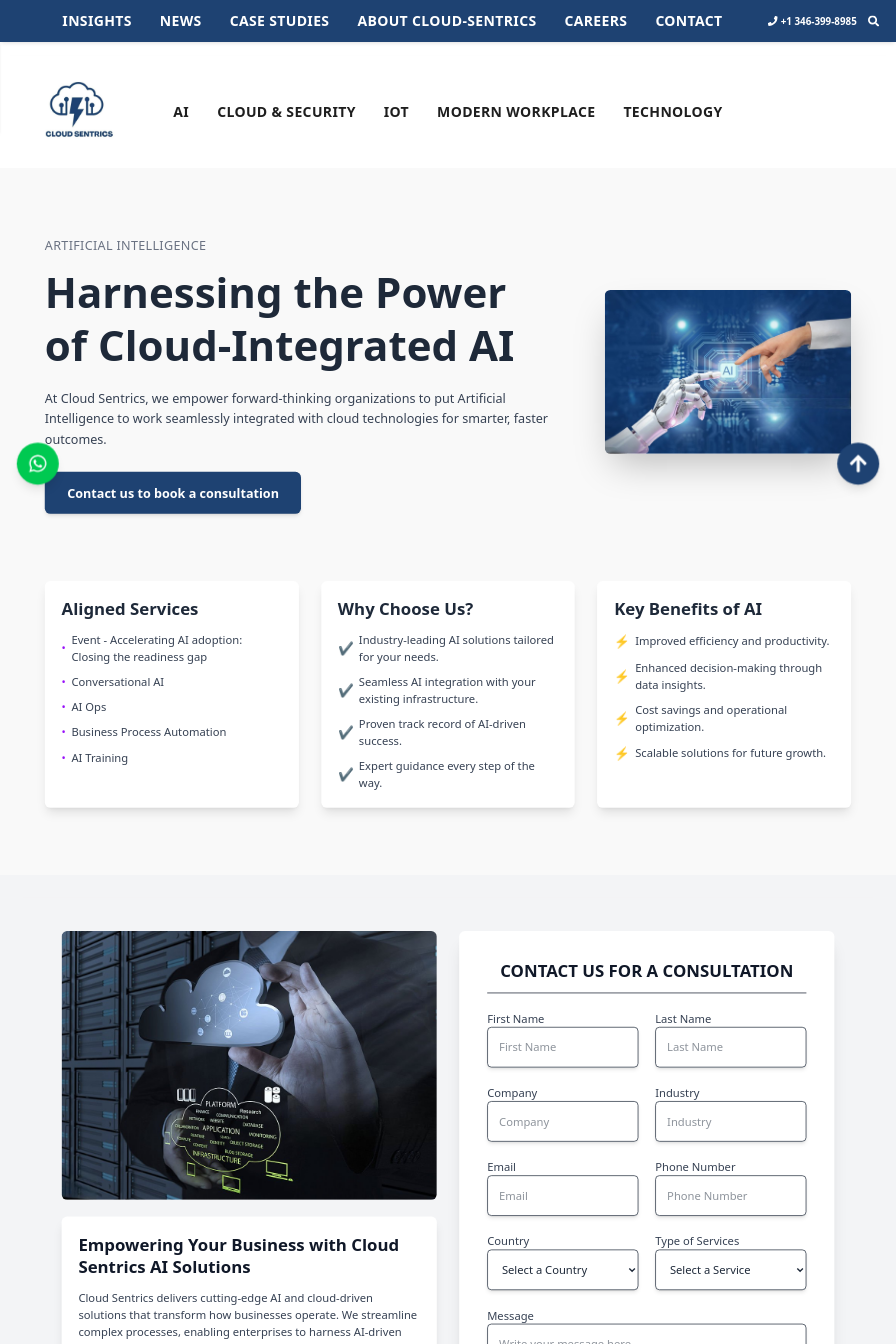
Repository: chykesure/cloudsentrics_
Page: /ai
The author's editor kept a copy of each file at every save. The page is drawn from the files as they stood at one save, then again after the next save.
The browser window is 1280 px wide. The pictures show the part of the page from y = 0 to 1920 px (the page is 3587 px tall before and 3810 px after), at 70% of full size.
The page's requests for data from a server got no answer. The project was rebuilt for these pictures with package versions that can differ from the ones it lists, and the page was loaded fresh each time. No one was signed in, and anything a server would have sent is missing. Also part of the build but not shown: vite.config.js, src/pages/Header.jsx, src/pages/Footer.jsx, src/pages/students/Reviews.jsx, src/pages/students/Testimony.jsx, src/pages/students/TestimonyLanding.jsx, src/pages/LandingPage.jsx, src/pages/students/Header.jsx and 41 more.

Above is the page before, as saved 2025-04-09 20:09:27.

After the next save:
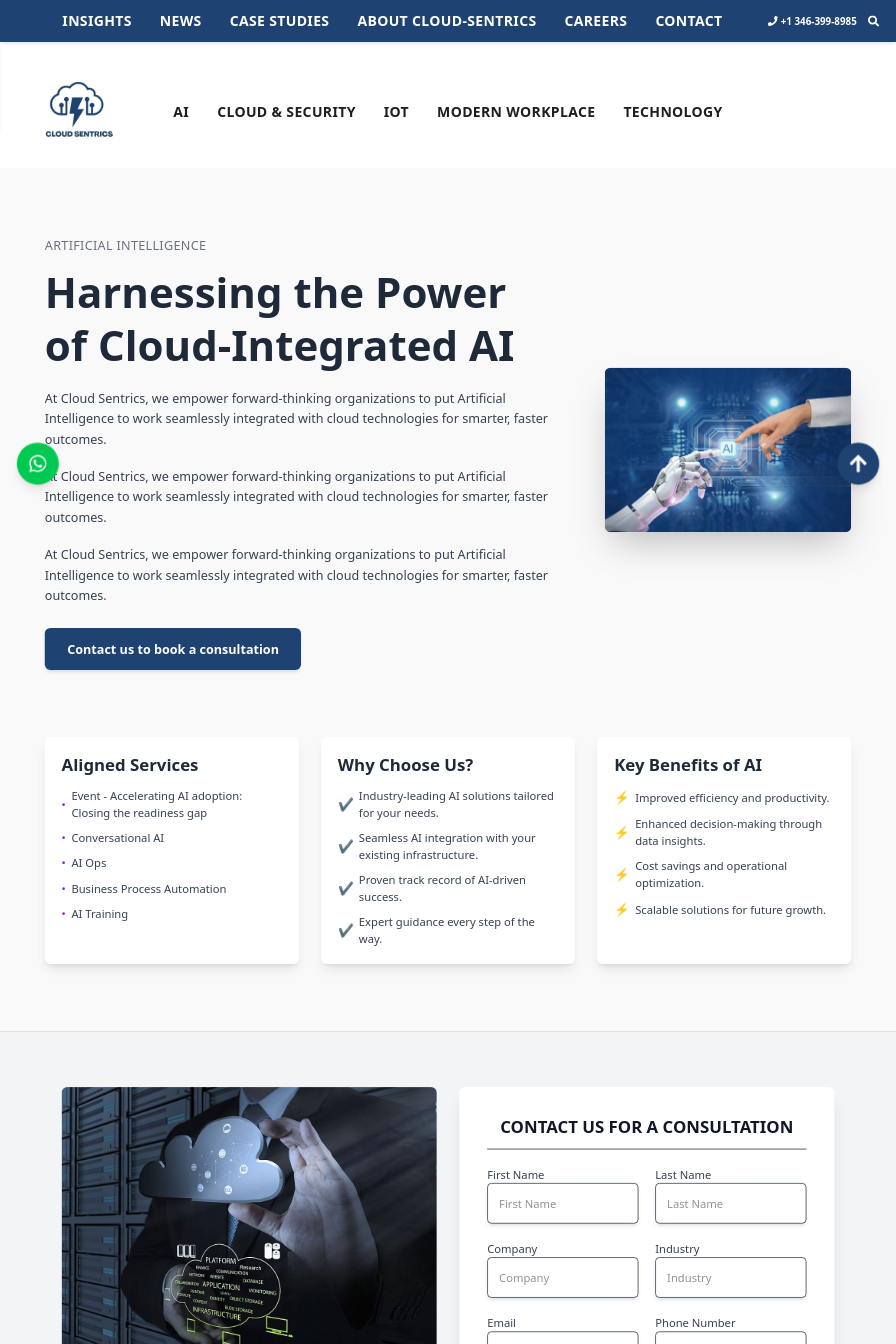
Saved 5 s later.
--- a/src/pages/partners/menu/ai.jsx
+++ b/src/pages/partners/menu/ai.jsx
@@ -72,6 +72,12 @@
                     </div>
 
                     {/* Paragraph Content */}
+                    <p className="text-lg text-gray-700 mt-6 leading-relaxed">
+                        At Cloud Sentrics, we empower forward-thinking organizations to put Artificial Intelligence to work seamlessly integrated with cloud technologies for smarter, faster outcomes.
+                    </p>
+                    <p className="text-lg text-gray-700 mt-6 leading-relaxed">
+                        At Cloud Sentrics, we empower forward-thinking organizations to put Artificial Intelligence to work seamlessly integrated with cloud technologies for smarter, faster outcomes.
+                    </p>
                     <p className="text-lg text-gray-700 mt-6 leading-relaxed">
                         At Cloud Sentrics, we empower forward-thinking organizations to put Artificial Intelligence to work seamlessly integrated with cloud technologies for smarter, faster outcomes.
                     </p>
